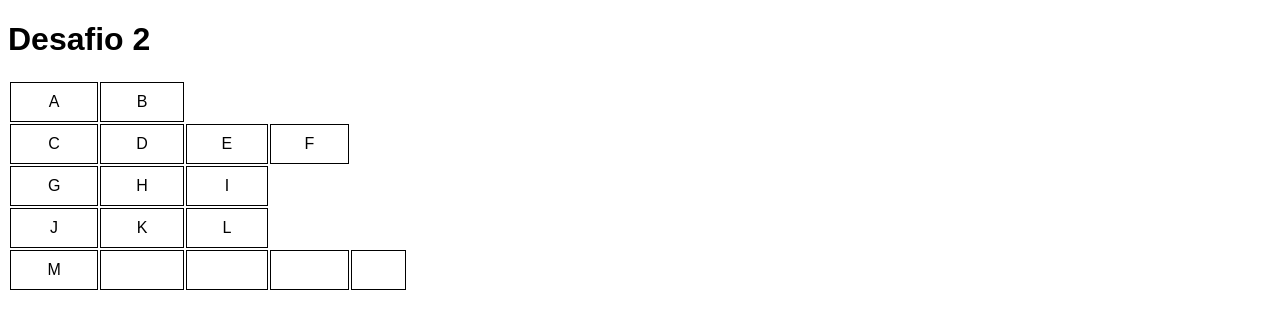
Repository: railsondev/html-css
Page: Módulo3/Desafio/D03 - tabela 1/tabela1.html
These files come from the project's save history. The page is drawn as it stood at one moment and after the next save; the edit follows.
The browser window is 1280 px wide. The pictures show the whole page.

Above is the page before, as saved 2024-10-19 22:18:49.

### Módulo3/Desafio/D03 - tabela 1/tabela1.html
<!DOCTYPE html>
<html lang="en">
<head>
  <meta charset="UTF-8">
  <meta name="viewport" content="width=device-width, initial-scale=1.0">
  <title>Tabelas</title>
  <link rel="stylesheet" href="style.css">
</head>
<body>
  <h1>Desafio 2</h1>
  <table>
    <tr>
      <td>A</td>
      <td>B</td>
    </tr>
    <tr>
      <td>C</td>
      <td>D</td>
      <td>E</td>
      <td>F</td>
    </tr>
    <tr>
      <td>G</td>
      <td>H</td>
      <td>I</td>
    </tr>
    <tr>
      <td>J</td>
      <td>K</td>
      <td>L</td>
    </tr>
    <tr>
      <td>M</td>
      <td></td>
      <td></td>
      <td></td>
      <td></td>
    </tr>
  </table>
</body>
</html>

### Módulo3/Desafio/D03 - tabela 1/style.css
@charset 'UTF-8';

body {
  font-family: Arial, Helvetica, sans-serif;
}

table {
  width: 400px;
  border-collapse: separate;
}

td {
  border: 1px solid black;
  padding: 10px;
  text-align: center;
  vertical-align: center;
}

After the next save:
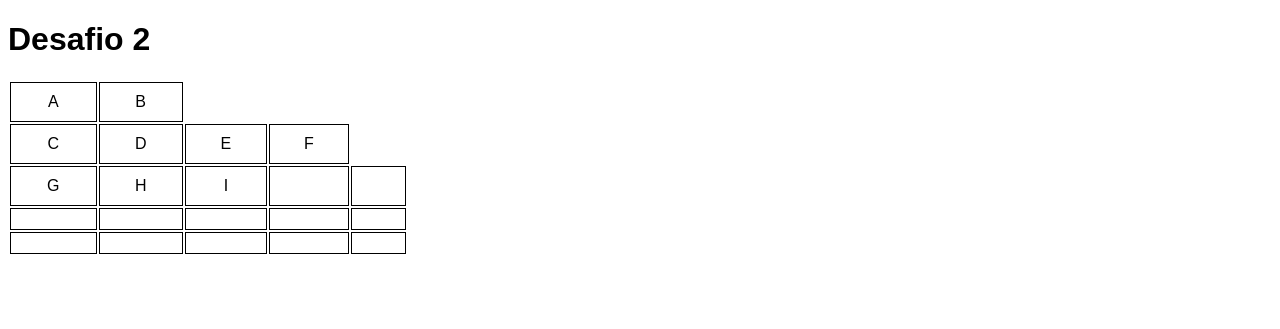
Saved 7 s later.
--- a/Módulo3/Desafio/D03 - tabela 1/tabela1.html
+++ b/Módulo3/Desafio/D03 - tabela 1/tabela1.html
@@ -23,14 +23,18 @@
       <td>G</td>
       <td>H</td>
       <td>I</td>
+      <td></td>
+      <td></td>
     </tr>
     <tr>
-      <td>J</td>
-      <td>K</td>
-      <td>L</td>
+      <td></td>
+      <td></td>
+      <td></td>
+      <td></td>
+      <td></td>
     </tr>
     <tr>
-      <td>M</td>
+      <td></td>
       <td></td>
       <td></td>
       <td></td>
